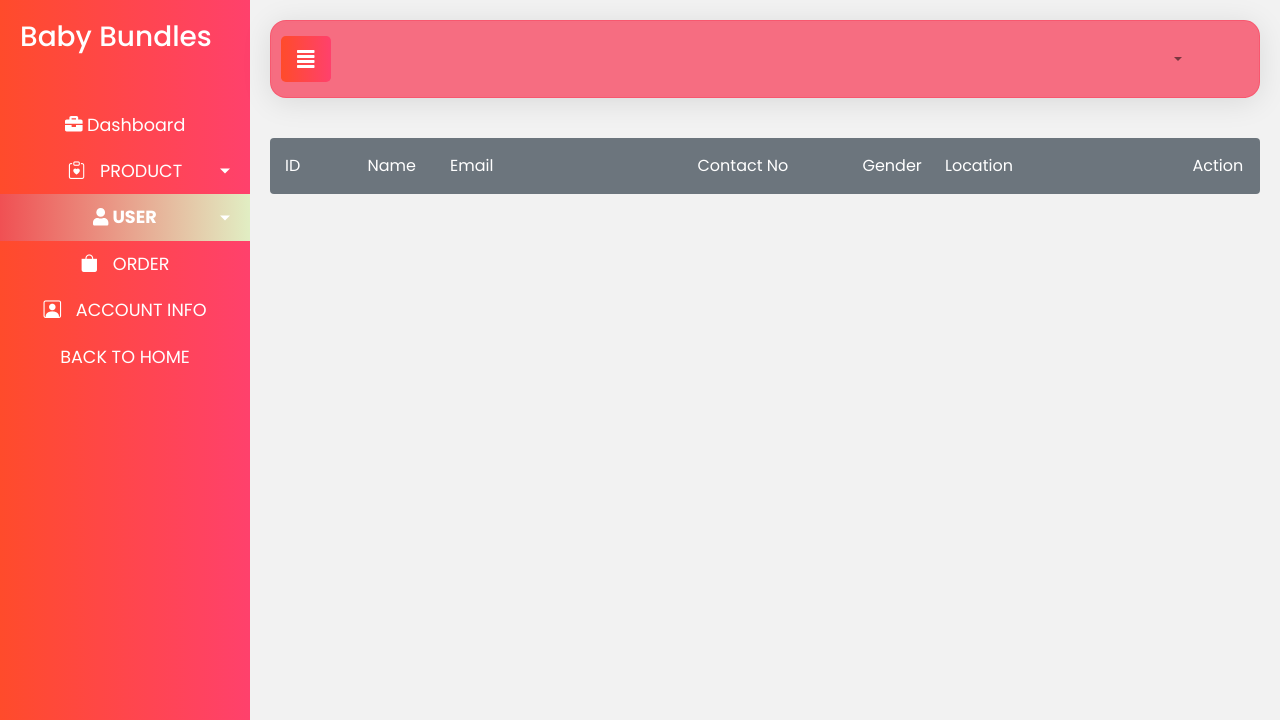
Repository: jiahow99/Baby-Bundles-University
Page: http://localhost/admin-viewuser.php
These files come from the project's save history. The page is drawn as it stood at one moment and after the next save; the edit follows.
The browser window is 1280 px wide. The pictures show the whole page.
Some web libraries are served in a nearby version. The page is run by PHP 8.4 with error messages shown; the project is at /var/www/html/. Queries for data that is not in the repository find no rows.

Above is the page before, as saved 2022-11-25 00:48:46.

After the next save:
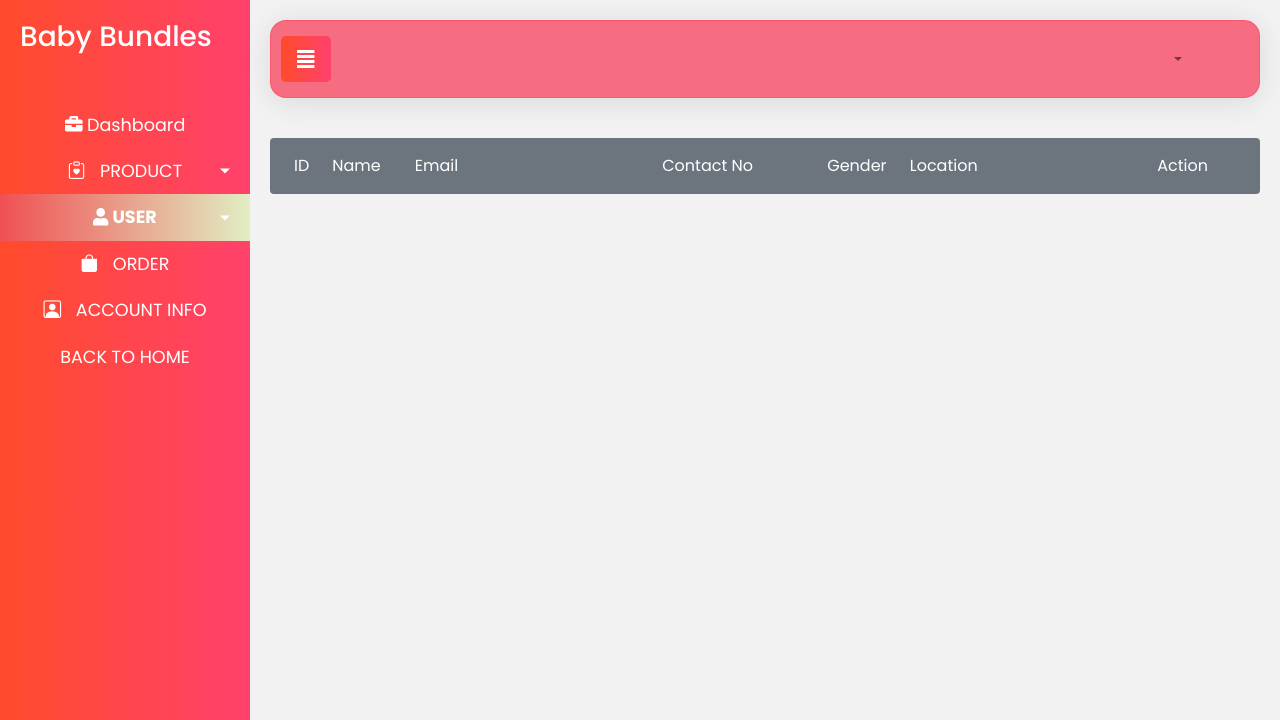
Saved 10 s later.
--- a/admin-viewuser.php
+++ b/admin-viewuser.php
@@ -110,7 +110,7 @@ if(isset($_GET['action'])){
             <div class="container" id="users">
                 <!-- Header -->
                 <div class="row bg-secondary rounded py-3 mb-3">
-                    <div class="col-1 text-white">ID</div>
+                    <div class="ml-4 mr-2 text-white">ID</div>
                     <div class="col-1 text-white">Name</div>
                     <div class="col-3 text-white">Email</div>
                     <div class="col-2 text-white">Contact No</div>
